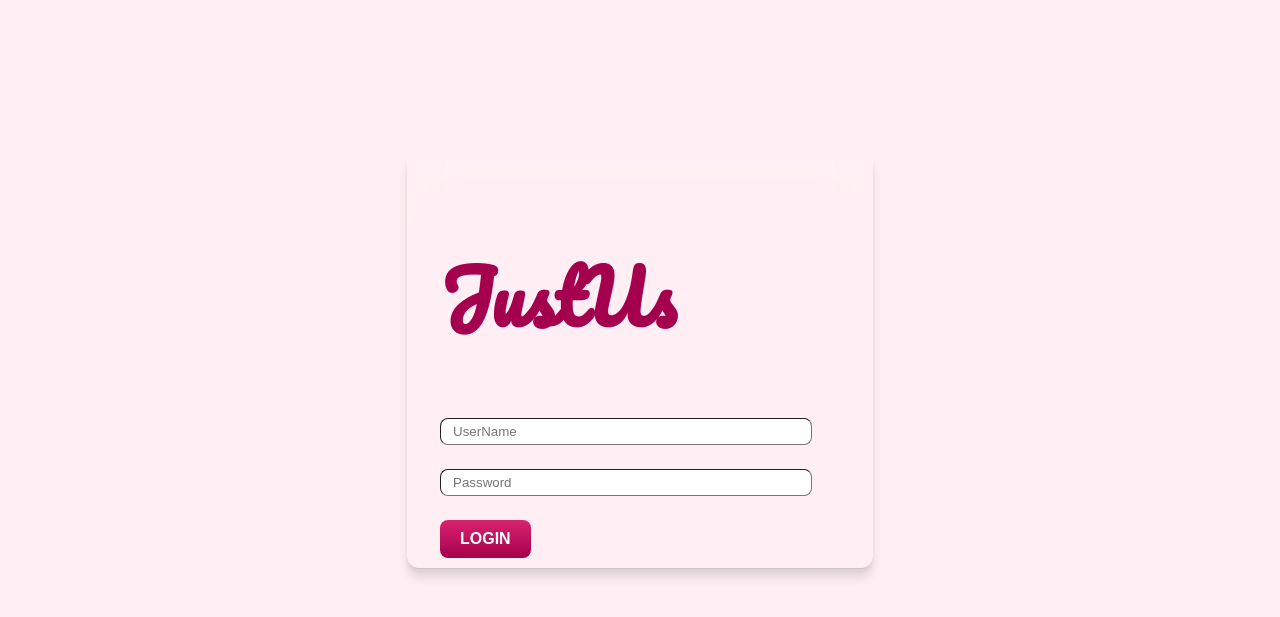
Repository: AfifaNoor/JustUs_ReactJs
Page: /
These files come from the project's save history. The page is drawn as it stood at one moment and after the next save; the edit follows.
The browser window is 1280 px wide. The pictures show the whole page.
The project was rebuilt for these pictures with package versions that can differ from the ones it lists, and the page was loaded fresh each time.

Above is the page before, as saved 2025-07-14 16:01:51.

### public/index.html
<!DOCTYPE html>
<html lang="en">
  <head>
    <meta charset="utf-8" />
    <link rel="icon" href="%PUBLIC_URL%/favicon.ico" />
    <link href="https://fonts.googleapis.com/css2?family=Poppins:wght@300;400;500;600;700&family=Pacifico&display=swap" rel="stylesheet">
    <meta name="viewport" content="width=device-width, initial-scale=1" />
    <meta name="theme-color" content="#000000" />
    <meta
      name="description"
      content="Web site created using create-react-app"
    />
    <link rel="apple-touch-icon" href="%PUBLIC_URL%/logo192.png" />
    <!--
      manifest.json provides metadata used when your web app is installed on a
      user's mobile device or desktop. See https://developers.google.com/web/fundamentals/web-app-manifest/
    -->
    <link rel="manifest" href="%PUBLIC_URL%/manifest.json" />
    <!--
      Notice the use of %PUBLIC_URL% in the tags above.
      It will be replaced with the URL of the `public` folder during the build.
      Only files inside the `public` folder can be referenced from the HTML.

      Unlike "/favicon.ico" or "favicon.ico", "%PUBLIC_URL%/favicon.ico" will
      work correctly both with client-side routing and a non-root public URL.
      Learn how to configure a non-root public URL by running `npm run build`.
    -->
    <title>Just Us</title>
  </head>
  <body>
    <noscript>You need to enable JavaScript to run this app.</noscript>
    <div id="root"></div>
    <!--
      This HTML file is a template.
      If you open it directly in the browser, you will see an empty page.

      You can add webfonts, meta tags, or analytics to this file.
      The build step will place the bundled scripts into the <body> tag.

      To begin the development, run `npm start` or `yarn start`.
      To create a production bundle, use `npm run build` or `yarn build`.
    -->
  </body>
</html>

### src/App.js
import React from 'react'
import LoginPage from './LoginPage'

const App = () => {
  return (
    <div>
      <LoginPage/>
    </div>
  )
}

export default App

### src/LoginPage.jsx
import React from 'react';
import "./LoginPage.css"

const LoginPage = () => {
  return (
    <div className='login-container'>
      <form className='form-container'>
      <div className='logo'>
        <h1> JustUs </h1>
      </div>
      <input
      className='form-input'
      type='text'
      placeholder='UserName'
      required

      />
      <input
      className='form-input'
      type='password'
      placeholder='Password'
      required

      />
      <div>
        <button className='btn-login'> Login</button>
      </div>

      </form>
    </div>
  )
}

export default LoginPage

### src/LoginPage.css
.login-container {
  width: 100%;
  height: 100vh;
  opacity: 1;
  transform: rotate(0deg);
  display: flex;
  justify-content: center;
  align-items: center;
  /* background: linear-gradient(#FFEFF4, #FDEAEF); */
  background-color: #FFEFF4;
  flex-direction: column;
  position: relative;
  font-family: 'Poppins', sans-serif;


}

h1,h2,h3 {
  color: #A4004E;
  font-weight: 700;
}

.logo {
  font-family: 'Pacifico', cursive;
  font-size: 36px;
}

.btn-login {
  background: linear-gradient(180deg, #D9236E 0%, #A4004E 100%);
  color: #ffffff;
  border: none;
  padding: 10px 20px;
  border-radius: 8px;
  font-weight: 600;
  font-size: 16px;
  text-transform: uppercase;
}

.form-container{
    width: 400px;
    height: 350px;
    border-radius: 12px;
    padding: 32px;
    gap:10px;
    flex-direction: column;
    display: flex;
    z-index: 1;
    border: 1px solid transparent;
    border-image-slice: 1;
    -webkit-backdrop-filter: blur(20px);
    backdrop-filter: blur(20px);

    box-shadow:
  0px 10px 10px 0px rgba(0, 0, 0, 0.10),
  0px 4px 4px 0px rgba(0, 0, 0, 0.05),
  0px 1px 0px 0px rgba(0, 0, 0, 0.05),
  inset 0px 20px 50px 0px rgba(255, 255, 255, 0.15);
}

.form-input{
    width: 350px;
    height: 20px;
    min-width: 140px;
    max-width: 500px;
    transform: rotate(0deg);
    opacity: 1;
    border-radius: 8px;
    border-width: 1px;
    padding: 5px 8px 5px 12px;
    gap: 8px;
    margin-bottom: 14px;


}

Loaded but not shown: src/index.js (common file); src/index.css (common file); src/reportWebVitals.js (common file)

After the next save:
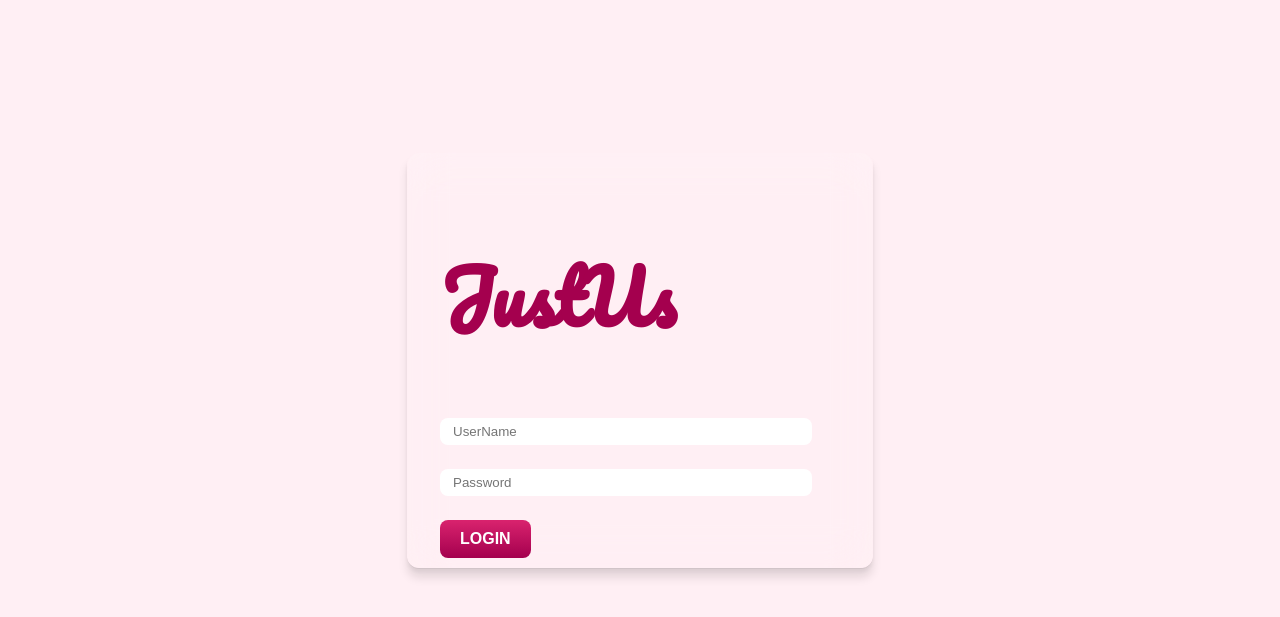
Saved 14 s later.
--- a/src/LoginPage.css
+++ b/src/LoginPage.css
@@ -69,6 +69,8 @@
     padding: 5px 8px 5px 12px;
     gap: 8px;
     margin-bottom: 14px;
+    border: 1px solid transparent;
+
 
 
 }
